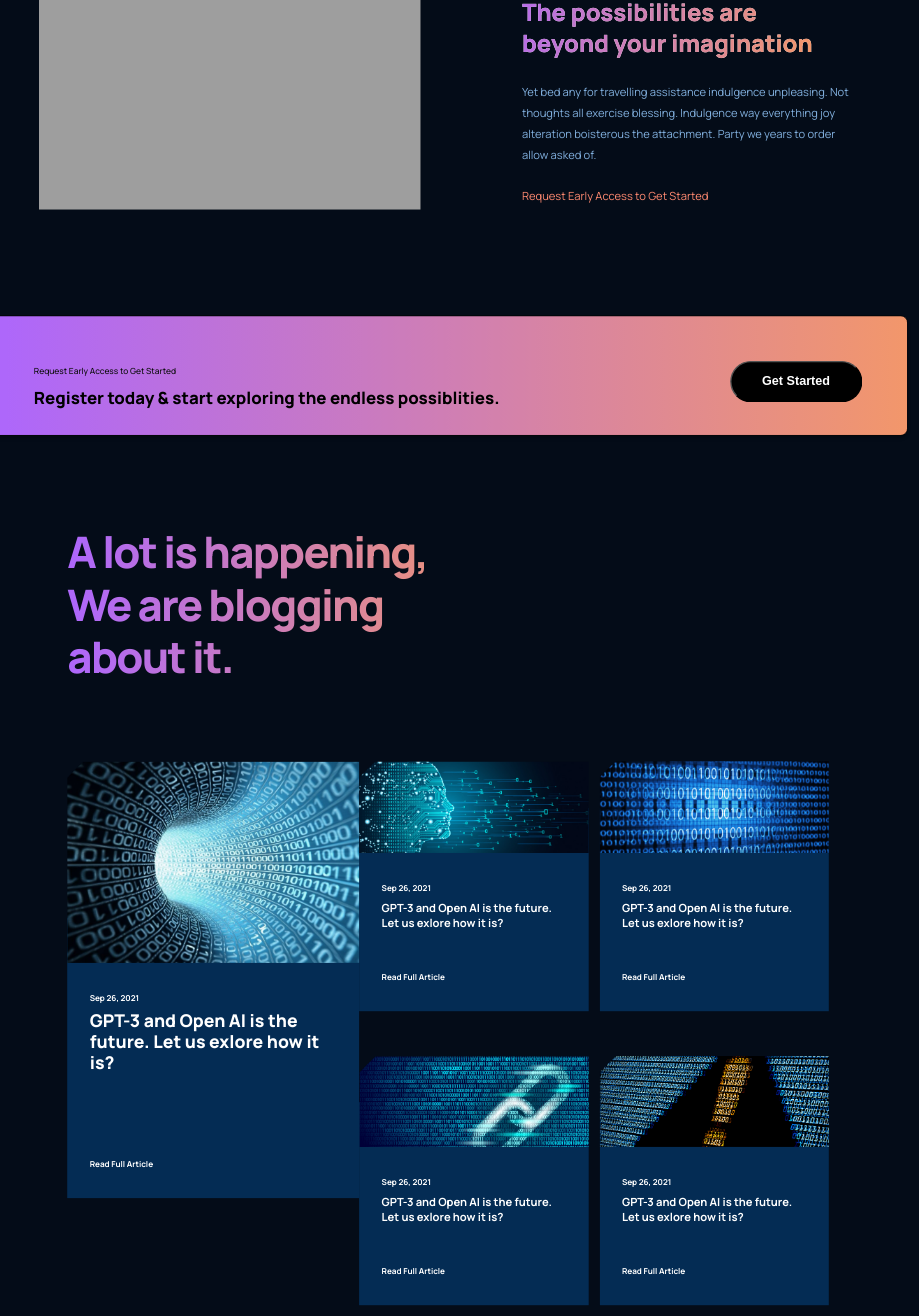
Repository: guilhermecardoso93/lp-gpt3
Page: index.html
An editor plug-in stored every save of this project. The page is shown before and after the next save, followed by the edit.
The browser window is 1280 px wide. The page is 1313 px wide, so the pictures cover 1313 px, including what lies to the right of the window. The pictures show the part of the page from y = 2602 to 4482 px (the page is 4482 px tall), at 70% of full size.
Pictures or frames that could not be fetched are drawn as grey boxes.

Above is the page before, as saved 2022-08-23 22:30:58.

After the next save:
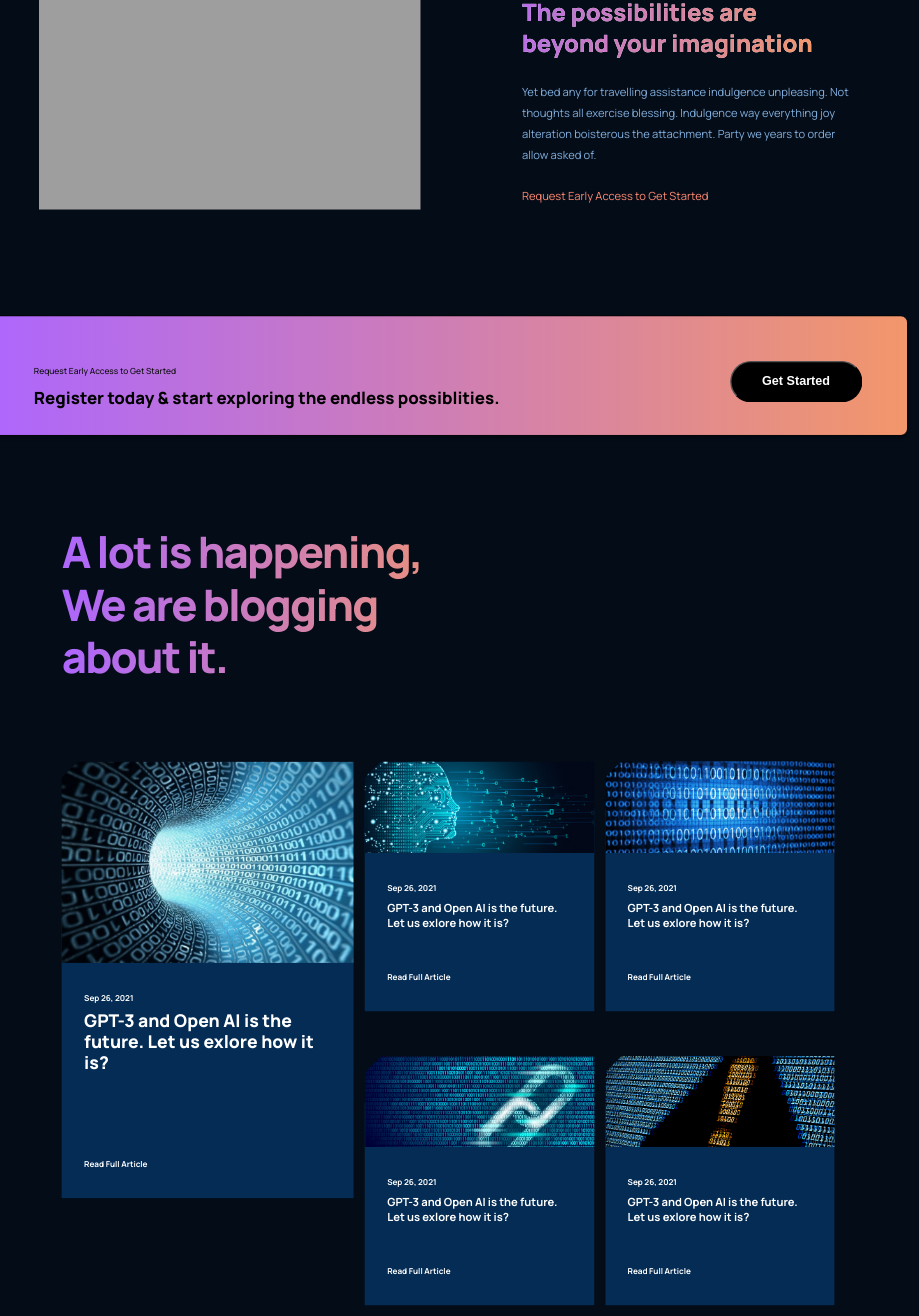
Saved 12 s later.
--- a/style.css
+++ b/style.css
@@ -490,12 +490,13 @@
 
 .midlleContainer {
   display: flex;
+  gap: 1rem;
 }
 
 .areaDiv {
   display: flex;
-  margin:0;
-  padding:0;
+  margin: 0;
+  padding: 0;
   gap: 1rem;
 }
 
